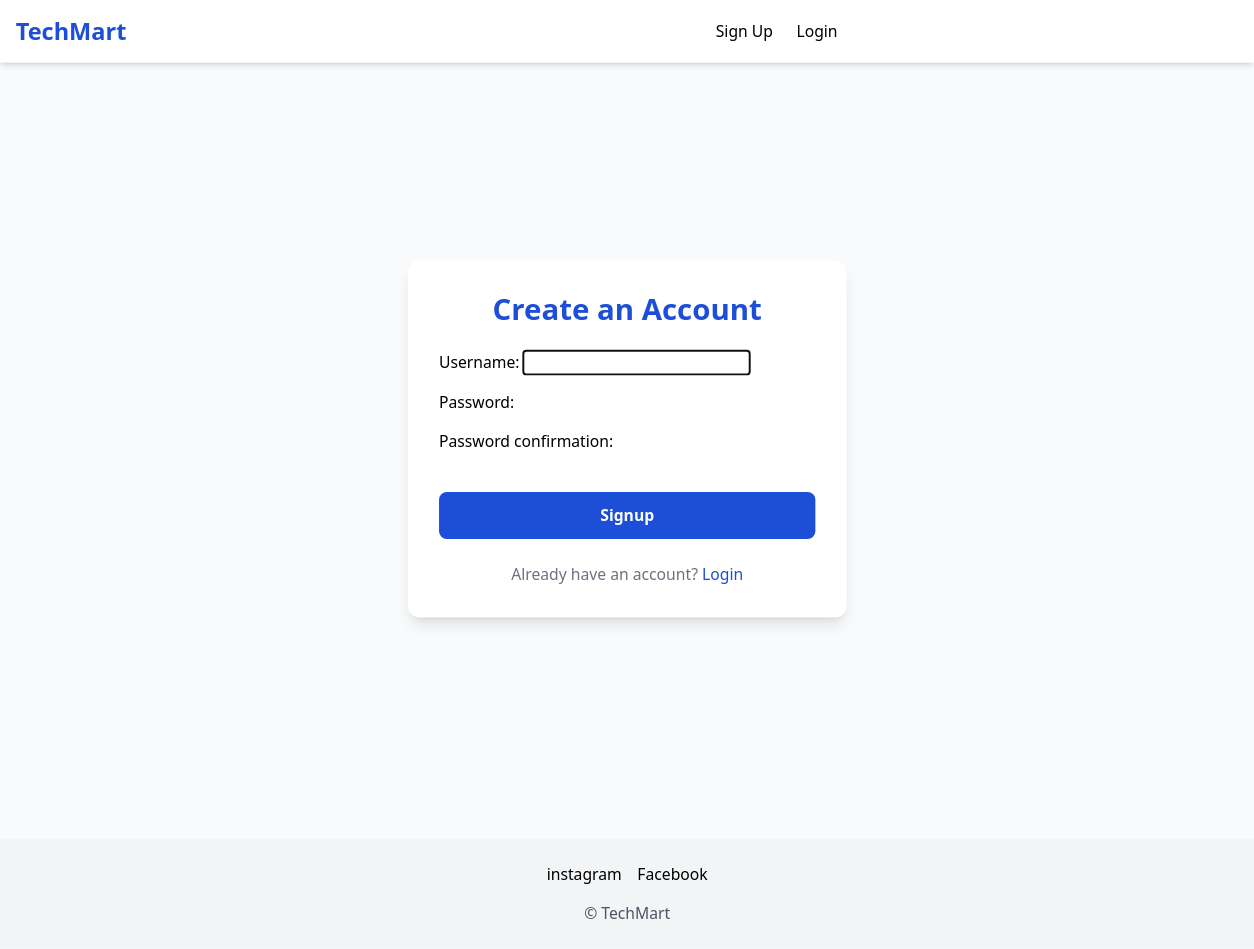
Repository: MuhammedAfsalCP/demo
Page: http://localhost/signup/
An editor plug-in stored every save of this project. The page is shown before and after the next save, followed by the edit.
The browser window is 1280 px wide. The pictures show the whole page, at 98% of full size.
Some web libraries are served in a nearby version. The page is served by the project's application, run on Django 5.2 (techmart/manage.py). Other server files are loaded and not shown. The page reads the database file committed with the project.

Above is the page before, as saved 2025-08-14 15:22:24.

### techmart/templates/store/signup.html
{% extends "store/base.html" %}

{% block content %}
<div class="min-h-screen flex items-center justify-center bg-gray-50 py-12 px-4 sm:px-6 lg:px-8">
    <div class="max-w-md w-full bg-white p-8 rounded-xl shadow-lg">
        <h2 class="text-3xl font-extrabold text-center mb-6 text-[var(--primary-color)]">Create an Account</h2>

        <form method="post" class="space-y-4">
            {% csrf_token %}
            {% for field in form %}
                <div>
                    {{ field.label_tag }}
                    {{ field }}
                    {% if field.errors %}
                        <p class="text-red-500 text-sm mt-1">{{ field.errors|striptags }}</p>
                    {% endif %}
                </div>
            {% endfor %}

            <button type="submit" class="w-full py-3 px-4 bg-[var(--primary-color)] text-white rounded-lg hover:bg-[var(--secondary-color)] transition font-semibold">
                Signup
            </button>
        </form>

        <p class="mt-6 text-center text-gray-500">
            Already have an account?
            <a href="{% url 'login' %}" class="text-[var(--primary-color)] hover:underline">Login</a>
        </p>
    </div>
</div>
{% endblock %}

### techmart/store/context_processors.py
from .models import SiteTheme
from .models import SiteTheme, SiteLogo, FooterLink, Category

def site_theme(request):
    theme = SiteTheme.objects.first()  # assumes you have only one theme
    return {
        'site_theme': theme
    }

def site_settings(request):
    return {
        'site_theme': SiteTheme.objects.first(),
        'site_logo': SiteLogo.objects.first() if 'SiteLogo' in locals() else None,
        'nav_links': Category.objects.all(),  # example: use categories as nav links
        'footer_links': FooterLink.objects.all(),
    }

### techmart/templates/store/base.html
<!DOCTYPE html>
<html lang="en">
<head>
    <meta charset="UTF-8">
    <title>{{ site_logo.alt_text|default:"TechMart" }}</title>
    <script src="https://cdn.tailwindcss.com"></script>
    <style>
        :root {
            --primary-color: {{ site_theme.primary_color|default:"#1D4ED8" }};
            --secondary-color: {{ site_theme.secondary_color|default:"#FBBF24" }};
            --text-color: {{ site_theme.text_color|default:"#000000" }};
        }
    </style>
</head>
<body class="bg-gray-50 text-[var(--text-color)]">

    <!-- NAVBAR -->
    <nav class="bg-white shadow-md">
        <div class="container mx-auto flex justify-between items-center p-4">
            <div class="flex items-center gap-2">
                {% if site_logo %}
                    <a href="{% url 'home' %}">
                        <img src="{{ site_logo.logo.url }}" alt="{{ site_logo.alt_text }}" class="h-10">
                    </a>
                {% else %}
                    <a href="{% url 'home' %}" class="font-bold text-2xl text-[var(--primary-color)]">TechMart</a>
                {% endif %}
            </div>

            <ul class="flex gap-6 items-center">
                {% for link in nav_links %}
                    <li>
                        <a href="{{ link.url }}" class="hover:text-[var(--primary-color)] transition font-medium">
                            {{ link.title }}
                        </a>
                    </li>
                {% endfor %}

                {% if user.is_authenticated %}
                    <li>
                        <a href="{% url 'profile' %}" class="hover:text-[var(--primary-color)] transition font-medium">Profile</a>
                    </li>
                    <li>
                        <form method="POST" action="{% url 'logout' %}">
                            {% csrf_token %}
                            <button type="submit" class="hover:text-[var(--primary-color)] transition font-medium">
                                Logout
                            </button>
                        </form>
                    </li>
                {% else %}
                    <li>
                        <a href="{% url 'signup' %}" class="hover:text-[var(--primary-color)] transition font-medium">Sign Up</a>
                    </li>
                    <li>
                        <a href="{% url 'login' %}" class="hover:text-[var(--primary-color)] transition font-medium">Login</a>
                    </li>
                {% endif %}
            </ul>

            <div class="flex gap-3">
                {% for social in social_links %}
                    <a href="{{ social.url }}" target="_blank" class="hover:text-[var(--primary-color)] transition">
                        {{ social.name }}
                    </a>
                {% endfor %}
            </div>
        </div>
    </nav>

    <!-- MAIN CONTENT -->
    <main class="container mx-auto mt-6">
        {% block content %}{% endblock %}
    </main>

    <!-- FOOTER -->
    <footer class="bg-gray-100 p-6 mt-12 text-center">
        <div class="flex justify-center gap-4 mb-4 flex-wrap">
            {% for link in footer_links %}
                <a href="{{ link.url }}" class="hover:text-[var(--primary-color)] transition font-medium">
                    {{ link.name }}
                </a>
            {% endfor %}
        </div>
        <p class="text-gray-600">&copy; {{ site_logo.alt_text|default:"TechMart" }} {{ now|date:"Y" }}</p>
    </footer>

</body>
</html>

### techmart/store/models.py
from django.db import models
from django.contrib.auth.models import User

# ----------------- CATEGORY -----------------
class Category(models.Model):
    name = models.CharField(max_length=100)
    slug = models.SlugField(unique=True)

    class Meta:
        verbose_name_plural = "Categories"

    def __str__(self):
        return self.name

# ----------------- PRODUCT -----------------
class Product(models.Model):
    category = models.ForeignKey(Category, on_delete=models.CASCADE, related_name='products')
    title = models.CharField(max_length=200)
    description = models.TextField()
    price = models.FloatField()
    stock = models.PositiveIntegerField(default=0)
    image = models.ImageField(upload_to='products/')
    featured = models.BooleanField(default=False)
    created_at = models.DateTimeField(auto_now_add=True)

    def __str__(self):
        return self.title

# ----------------- HERO SECTION -----------------
class HeroSection(models.Model):
    headline = models.CharField(max_length=200)
    sub_text = models.CharField(max_length=300, blank=True)
    background_image = models.ImageField(upload_to='hero/')
    button_text = models.CharField(max_length=50, blank=True)
    button_url = models.URLField(blank=True)
    active = models.BooleanField(default=True)

    def __str__(self):
        return self.headline

# ----------------- ABOUT SECTION -----------------
class AboutSection(models.Model):
    title = models.CharField(max_length=200)
    description = models.TextField()
    image = models.ImageField(upload_to='about/', blank=True, null=True)

    def __str__(self):
        return self.title

# ----------------- FOOTER LINKS -----------------
class FooterLink(models.Model):
    name = models.CharField(max_length=100)
    url = models.URLField(blank=True)

    def __str__(self):
        return self.name

# ----------------- NEWSLETTER -----------------
class NewsletterSubscriber(models.Model):
    email = models.EmailField(unique=True)
    date_subscribed = models.DateTimeField(auto_now_add=True)

    def __str__(self):
        return self.email

# ----------------- SITE COLORS / THEME -----------------
class SiteTheme(models.Model):
    primary_color = models.CharField(max_length=7, default="#1D4ED8")  # Tailwind blue
    secondary_color = models.CharField(max_length=7, default="#FBBF24")  # Tailwind yellow
    text_color = models.CharField(max_length=7, default="#000000")

    def __str__(self):
        return "Site Theme"

# ----------------- SITE LOGO -----------------
class SiteLogo(models.Model):
    logo = models.ImageField(upload_to="site_logo/")
    alt_text = models.CharField(max_length=50, default="TechMart Logo")

    def __str__(self):
        return "Site Logo"

# ----------------- NAVBAR LINKS -----------------
class NavLink(models.Model):
    title = models.CharField(max_length=50)
    url = models.CharField(max_length=200)
    order = models.PositiveIntegerField(default=0)

    class Meta:
        ordering = ['order']

    def __str__(self):
        return self.title

# ----------------- SOCIAL LINKS -----------------
class SocialLink(models.Model):
    name = models.CharField(max_length=50)
    url = models.URLField()

    def __str__(self):
        return self.name

# ----------------- SITE SETTINGS -----------------
class SiteSettings(models.Model):
    site_title = models.CharField(max_length=100, default="TechMart")

    def __str__(self):
        return self.site_title

# ----------------- HOME BANNERS -----------------
class Banner(models.Model):
    title = models.CharField(max_length=100)
    subtitle = models.TextField(blank=True)
    image = models.ImageField(upload_to='banners/')
    button_text = models.CharField(max_length=50, blank=True)
    button_url = models.URLField(blank=True)
    active = models.BooleanField(default=True)
    order = models.PositiveIntegerField(default=0)

    class Meta:
        ordering = ['order']

    def __str__(self):
        return self.title

# ----------------- OFFERS -----------------
class Offer(models.Model):
    title = models.CharField(max_length=100)
    description = models.TextField()
    image = models.ImageField(upload_to='offers/')
    active = models.BooleanField(default=True)
    order = models.PositiveIntegerField(default=0)

    class Meta:
        ordering = ['order']

    def __str__(self):
        return self.title

# ----------------- ORDERS -----------------
class Order(models.Model):
    user = models.ForeignKey(User, on_delete=models.CASCADE)
    products = models.ManyToManyField('Product', through='OrderItem')
    total_amount = models.DecimalField(max_digits=10, decimal_places=2)
    date_ordered = models.DateTimeField(auto_now_add=True)
    payment_status = models.CharField(max_length=50, default="Pending")

    def __str__(self):
        return f"Order #{self.id} by {self.user.username}"

class OrderItem(models.Model):
    order = models.ForeignKey(Order, on_delete=models.CASCADE)
    product = models.ForeignKey('Product', on_delete=models.CASCADE)
    quantity = models.PositiveIntegerField(default=1)
    price = models.DecimalField(max_digits=10, decimal_places=2)

    def __str__(self):
        return f"{self.product.title} x {self.quantity}"

# ----------------- FEATURED / BESTSELLER / NEW ARRIVAL -----------------
class FeaturedProduct(models.Model):
    product = models.ForeignKey('Product', on_delete=models.CASCADE)
    active = models.BooleanField(default=True)
    order = models.PositiveIntegerField(default=0)

    class Meta:
        ordering = ['order']

    def __str__(self):
        return f"Featured: {self.product.title}"

class BestSeller(models.Model):
    product = models.ForeignKey('Product', on_delete=models.CASCADE)
    active = models.BooleanField(default=True)
    order = models.PositiveIntegerField(default=0)

    class Meta:
        ordering = ['order']

    def __str__(self):
        return f"Best Seller: {self.product.title}"

class NewArrival(models.Model):
    product = models.ForeignKey('Product', on_delete=models.CASCADE)
    active = models.BooleanField(default=True)
    order = models.PositiveIntegerField(default=0)

    class Meta:
        ordering = ['order']

    def __str__(self):
        return f"New Arrival: {self.product.title}"

# ----------------- PRODUCT REVIEWS -----------------
class ProductReview(models.Model):
    product = models.ForeignKey('Product', on_delete=models.CASCADE)
    user = models.ForeignKey(User, on_delete=models.CASCADE)
    rating = models.PositiveIntegerField(default=5)  # 1-5 stars
    review = models.TextField()
    approved = models.BooleanField(default=False)  # Admin must approve
    date_posted = models.DateTimeField(auto_now_add=True)

    def __str__(self):
        return f"{self.user.username} - {self.product.title}"

### techmart/techmart/urls.py
from django.contrib import admin
from django.urls import path, include
from django.conf import settings
from django.conf.urls.static import static

urlpatterns = [
    path('admin/', admin.site.urls),
    path('', include('store.urls')),  # our app urls
]

if settings.DEBUG:
    urlpatterns += static(settings.MEDIA_URL, document_root=settings.MEDIA_ROOT)

### techmart/store/urls.py
from django.urls import path
from . import views
from django.contrib.auth import views as auth_views
from .views import logout_view

urlpatterns = [
    path('', views.home, name='home'),
    path('shop/', views.shop, name='shop'),
    path('product/<int:pk>/', views.product_detail, name='product_detail'),
    path('cart/', views.cart, name='cart'),
    path('cart/add/<int:product_id>/', views.add_to_cart, name='add_to_cart'),
    path('cart/remove/<int:product_id>/', views.remove_from_cart, name='remove_from_cart'),
    path('cart/update/<int:product_id>/', views.update_cart, name='update_cart'),

    path('checkout/', views.checkout, name='checkout'),
    path('payment_success/', views.payment_success, name='payment_success'),

    path('shop/search/', views.shop_search, name='shop_search'),

    path('signup/', views.signup_view, name='signup'),
    path('login/', auth_views.LoginView.as_view(template_name='store/login.html'), name='login'),
    path('logout/', auth_views.LogoutView.as_view(next_page='home'), name='logout'),
    path('profile/', views.profile_view, name='profile'),
     path('logout/', logout_view, name='logout'),
    path('orders/', views.order_history, name='order_history'),
    path('product/<int:product_id>/review/', views.add_review, name='add_review'),

    path('about/', views.about, name='about'),
     path('contact/', views.contact, name='contact'),
     path('register/', views.register, name='register'),
]

### techmart/db.sqlite3 (the tables this page reads, as SQL)
CREATE TABLE "store_category" ("id" integer NOT NULL PRIMARY KEY AUTOINCREMENT, "name" varchar(100) NOT NULL, "slug" varchar(50) NOT NULL UNIQUE);
INSERT INTO "store_category" VALUES
(1, 'monitor', 'computermonitor'),
(2, 'mouse', 'computermouse'),
(3, 'cpu', 'computercpu'),
(4, 'keyboard', 'keyboard'),
(5, 'Printer', 'printer'),
(6, 'Mouse pad', 'mousepad'),
(7, 'keyboard skin', 'keyboardskin'),
(8, 'Speaker', 'speaker');

CREATE TABLE "store_footerlink" ("id" integer NOT NULL PRIMARY KEY AUTOINCREMENT, "name" varchar(100) NOT NULL, "url" varchar(200) NOT NULL);
INSERT INTO "store_footerlink" VALUES
(2, 'instagram', 'https://www.instagram.com/accounts/login/?hl=en'),
(3, 'Facebook', 'https://www.facebook.com');

CREATE TABLE "store_sitetheme" ("id" integer NOT NULL PRIMARY KEY AUTOINCREMENT, "primary_color" varchar(7) NOT NULL, "secondary_color" varchar(7) NOT NULL, "text_color" varchar(7) NOT NULL);
INSERT INTO "store_sitetheme" VALUES
(1, '#1D4ED8', '#FBBF24', '#000000');

Loaded but not shown: techmart/store/views.py (223 lines, source omitted)

After the next save:
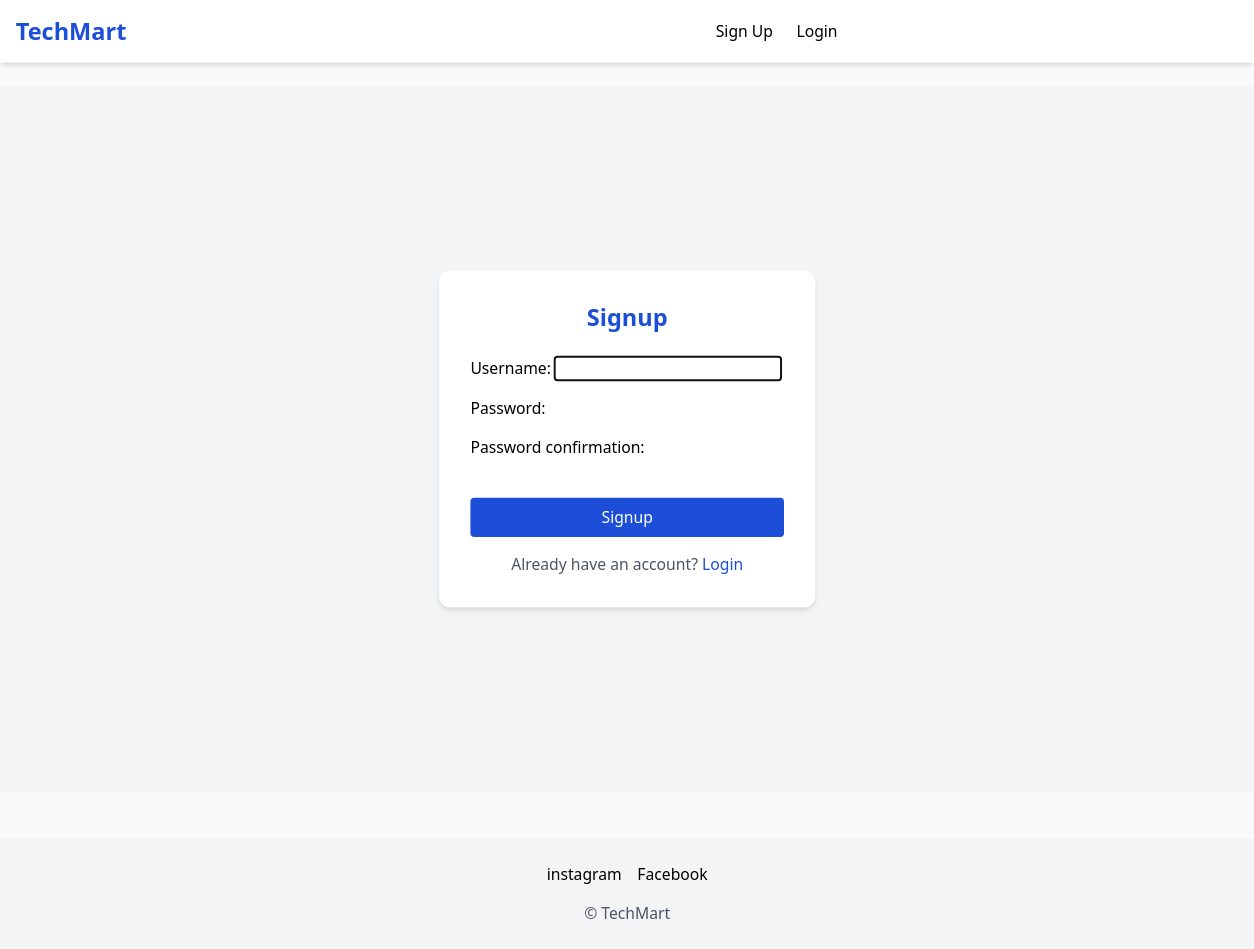
Saved 45 s later.
--- a/techmart/templates/store/signup.html
+++ b/techmart/templates/store/signup.html
@@ -1,9 +1,9 @@
 {% extends "store/base.html" %}
 
 {% block content %}
-<div class="min-h-screen flex items-center justify-center bg-gray-50 py-12 px-4 sm:px-6 lg:px-8">
-    <div class="max-w-md w-full bg-white p-8 rounded-xl shadow-lg">
-        <h2 class="text-3xl font-extrabold text-center mb-6 text-[var(--primary-color)]">Create an Account</h2>
+<div class="min-h-screen flex justify-center items-center bg-gray-100">
+    <div class="bg-white p-8 rounded-xl shadow-md w-full max-w-sm">
+        <h1 class="text-2xl font-bold mb-6 text-center text-[var(--primary-color)]">Signup</h1>
 
         <form method="post" class="space-y-4">
             {% csrf_token %}
@@ -17,12 +17,12 @@
                 </div>
             {% endfor %}
 
-            <button type="submit" class="w-full py-3 px-4 bg-[var(--primary-color)] text-white rounded-lg hover:bg-[var(--secondary-color)] transition font-semibold">
+            <button type="submit" class="w-full py-2 px-4 bg-[var(--primary-color)] text-white rounded hover:bg-[var(--secondary-color)] transition font-medium">
                 Signup
             </button>
         </form>
 
-        <p class="mt-6 text-center text-gray-500">
+        <p class="mt-4 text-center text-gray-600">
             Already have an account?
             <a href="{% url 'login' %}" class="text-[var(--primary-color)] hover:underline">Login</a>
         </p>
